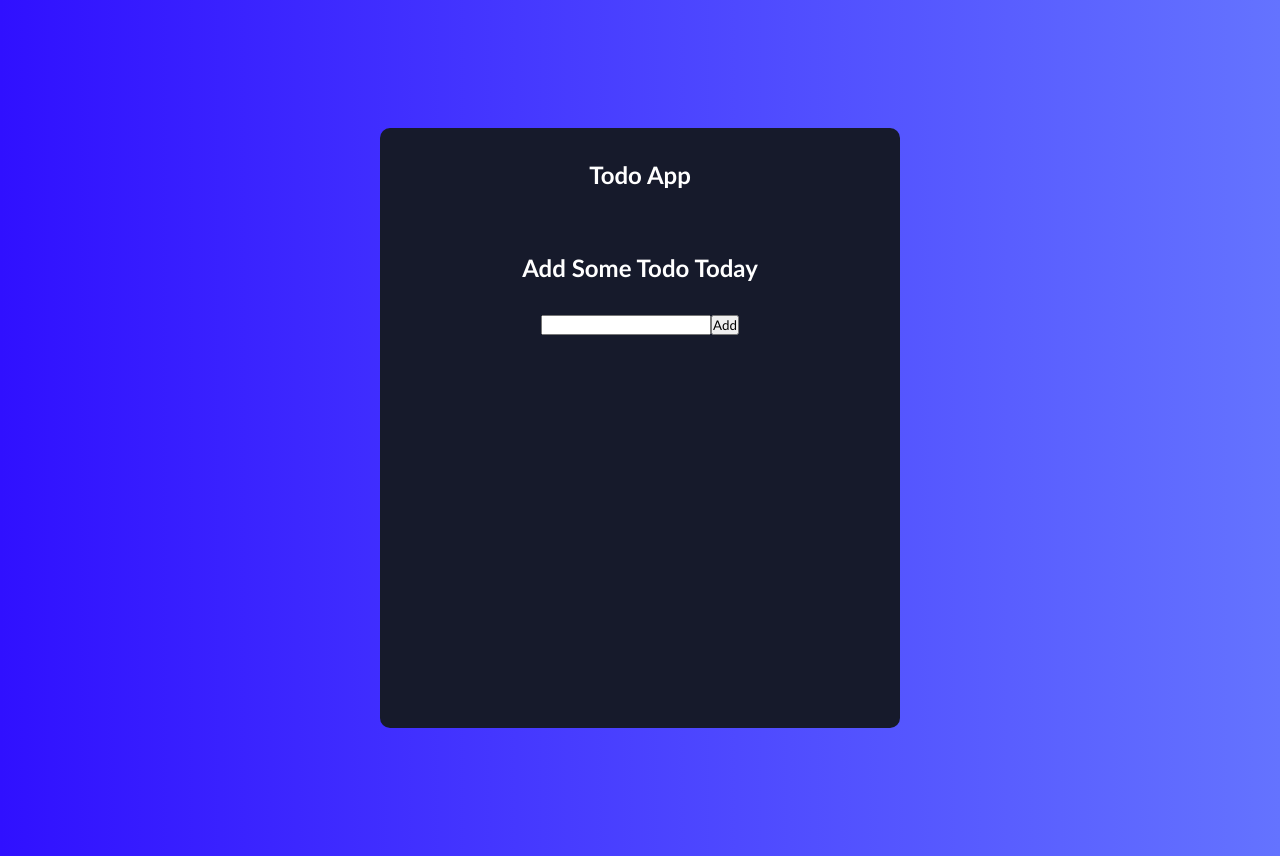
Repository: qqharry21/react-todo-app-v1
Page: /
These files come from the project's save history. The page is drawn as it stood at one moment and after the next save; the edit follows.
The browser window is 1280 px wide. The pictures show the whole page.
The project was rebuilt for these pictures with package versions that can differ from the ones it lists, and the page was loaded fresh each time. Also part of the build but not shown: src/components_test/Todo.js.

Above is the page before, as saved 2021-12-26 00:03:35.

After the next save:
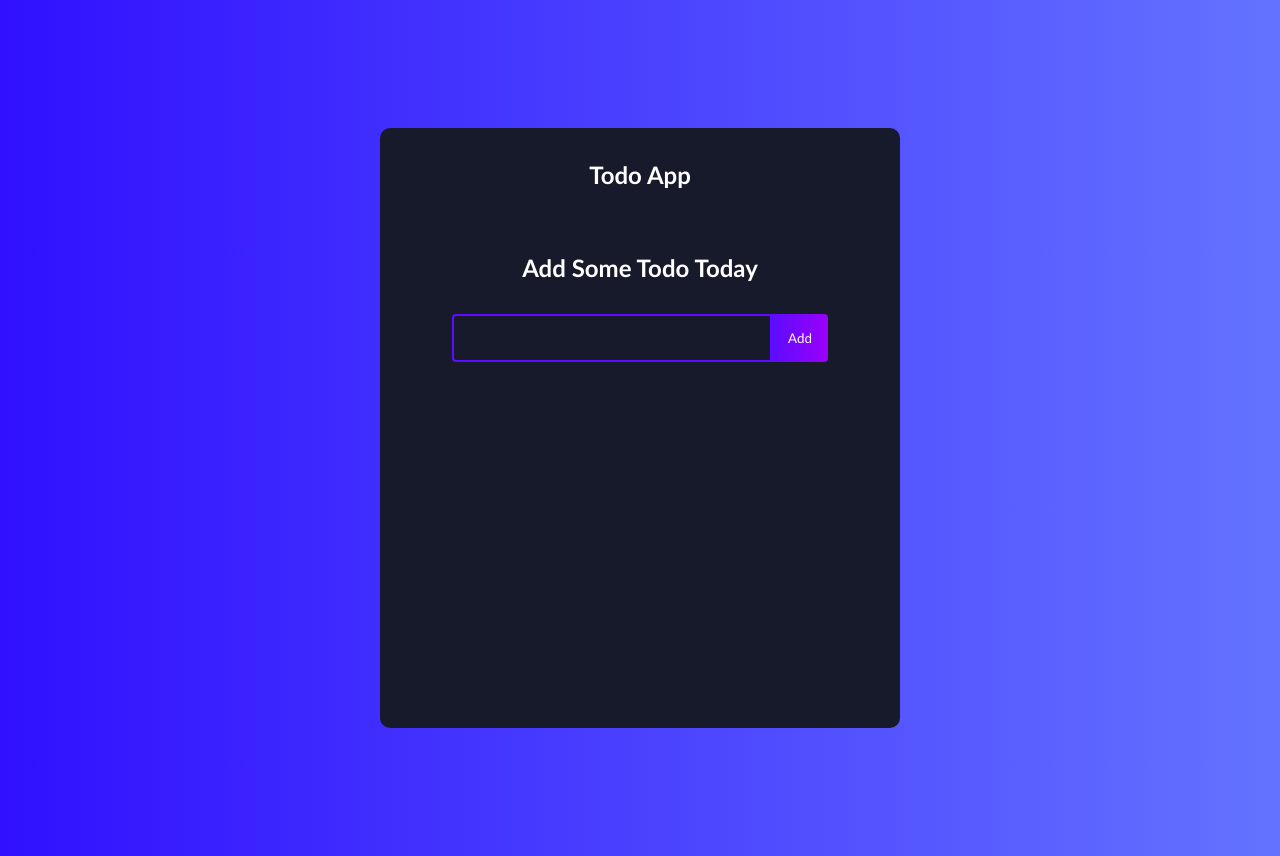
Saved 72 s later.
--- a/src/components_test/TodoForm.js
+++ b/src/components_test/TodoForm.js
@@ -21,8 +21,8 @@ function TodoForm({ onSubmit }) {
   };
   return (
     <form action='' className='todo-form' onSubmit={handleSubmit}>
-      <input type='text' name='text' id='todo-input' value={input} onChange={handleInput} />
-      <button id='todo-button'>Add</button>
+      <input type='text' name='text' className='todo-input' value={input} onChange={handleInput} />
+      <button className='todo-button'>Add</button>
     </form>
   );
 }
